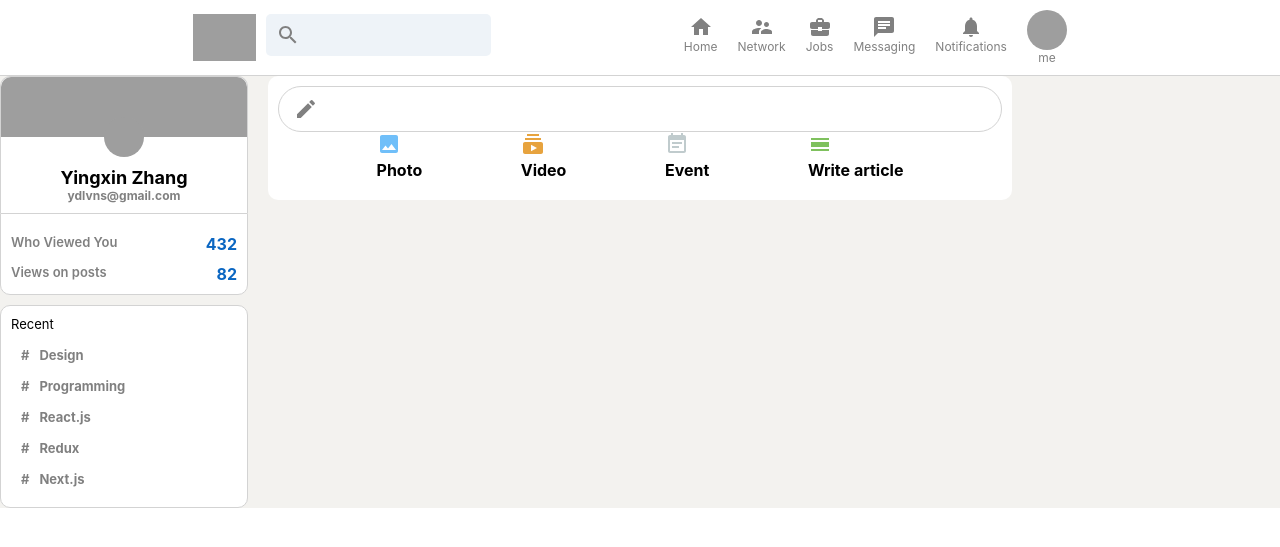
Repository: Tracy-maker/linkedin_clone
Page: /
The author's editor kept a copy of each file at every save. The page is drawn from the files as they stood at one save, then again after a run of saves.
The browser window is 1280 px wide. The pictures show the whole page.
Pictures or frames that could not be fetched are drawn as grey boxes. The project was rebuilt for these pictures with package versions that can differ from the ones it lists, and the page was loaded fresh each time.

Above is the page before, as saved 2023-11-06 17:38:07.

After the next 2 saves:
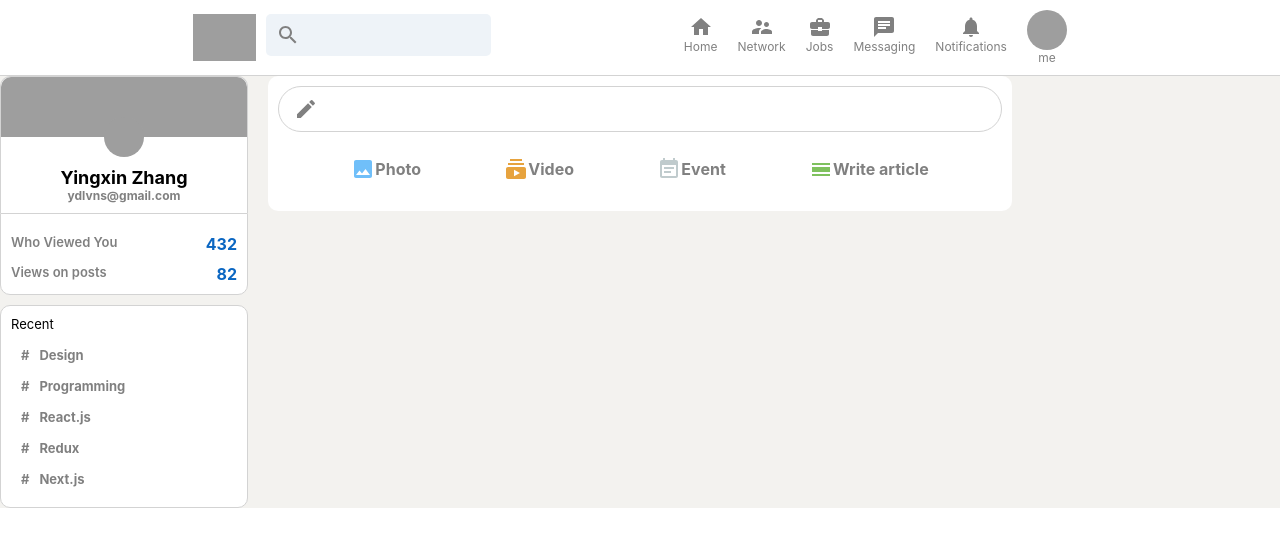
The 2 saves are shown as one change because they came seconds apart.
The last was saved 71 s later.
--- a/src/components/InputOption/InputOption.jsx
+++ b/src/components/InputOption/InputOption.jsx
@@ -1,7 +1,13 @@
 import React from "react";
 import styled from "styled-components";
 
-const InputOptionContainer = styled.div``;
+const InputOptionContainer = styled.div`
+  display: flex;
+  align-items: center;
+  margin-top: 15px;
+  color: gray;
+  padding: 10px;
+`;
 
 function InputOption({ title, Icon, color }) {
   return (
